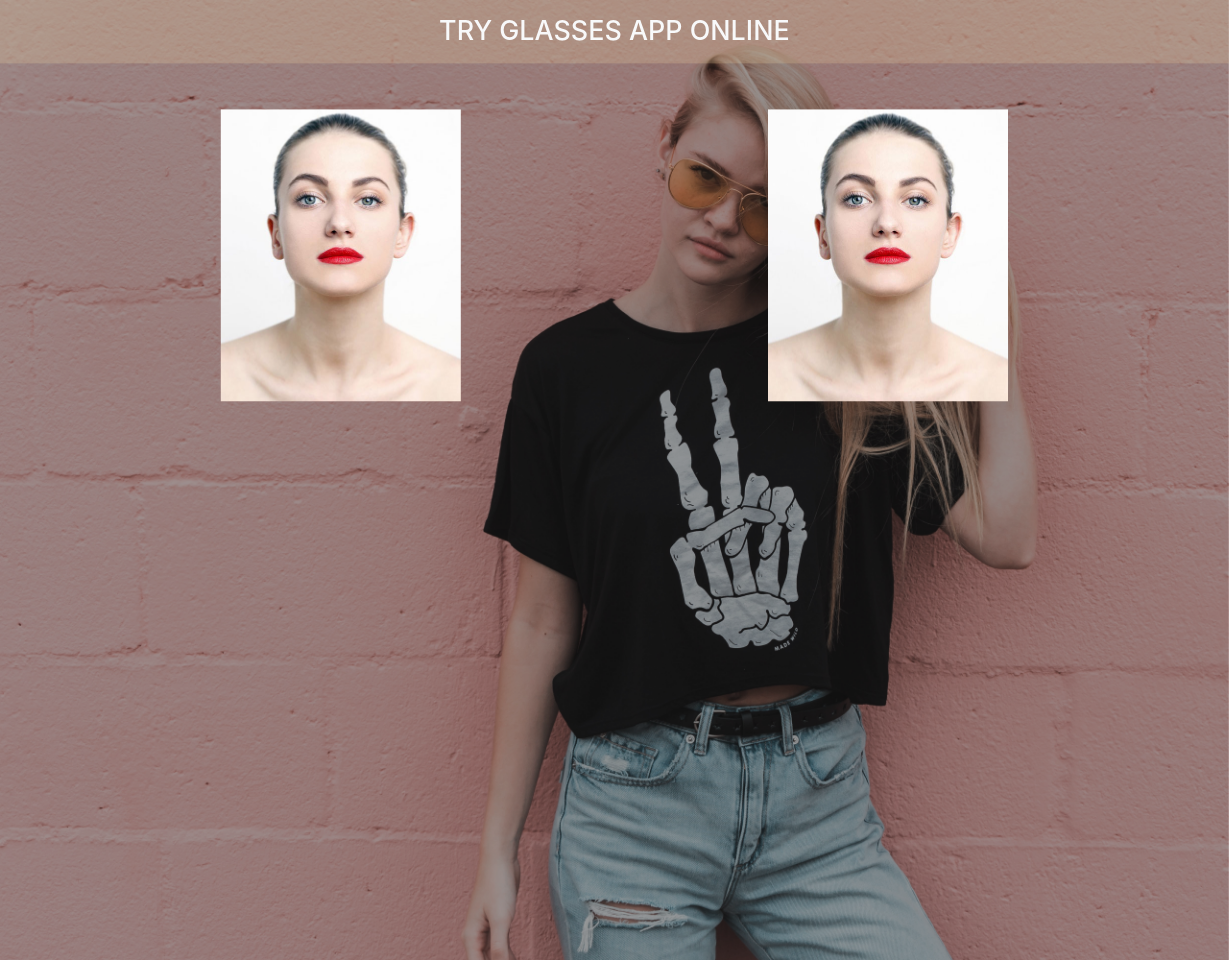
Repository: LeHieuSP/Baitapthukinh_LTH_FE70
Page: /
The author's editor kept a copy of each file at every save. The page is drawn from the files as they stood at one save, then again after the next save.
The browser window is 1280 px wide. The pictures show the whole page, at 96% of full size.
The project was rebuilt for these pictures with package versions that can differ from the ones it lists, and the page was loaded fresh each time. Also part of the build but not shown: src/index.css, src/App.css, src/redux/actions/BaiTapDatVeAction.js, src/BaiTapRedux/BaiTapBookingTicket/ThongTinDatGhe.js, src/BaiTapRedux/BaiTapBookingTicket/HangGhe.js, src/BaiTapRedux/BaiTapBookingTicket/BaiTapBookingTicket.js.

Above is the page before, as saved 2022-03-09 16:56:39.

### public/index.html
<!DOCTYPE html>
<html lang="en">
  <head>
    <meta charset="utf-8" />
    <link rel="icon" href="%PUBLIC_URL%/favicon.ico" />
    <meta name="viewport" content="width=device-width, initial-scale=1" />
    <meta name="theme-color" content="#000000" />
    <meta
      name="description"
      content="Web site created using create-react-app"
    />
    <link rel="apple-touch-icon" href="%PUBLIC_URL%/logo192.png" />
    <!--
      manifest.json provides metadata used when your web app is installed on a
      user's mobile device or desktop. See https://developers.google.com/web/fundamentals/web-app-manifest/
    -->
    <link rel="manifest" href="%PUBLIC_URL%/manifest.json" />
    <!--
      Notice the use of %PUBLIC_URL% in the tags above.
      It will be replaced with the URL of the `public` folder during the build.
      Only files inside the `public` folder can be referenced from the HTML.

      Unlike "/favicon.ico" or "favicon.ico", "%PUBLIC_URL%/favicon.ico" will
      work correctly both with client-side routing and a non-root public URL.
      Learn how to configure a non-root public URL by running `npm run build`.
    -->
    <link rel="stylesheet" href="https://stackpath.bootstrapcdn.com/bootstrap/4.3.1/css/bootstrap.min.css" integrity="sha384-ggOyR0iXCbMQv3Xipma34MD+dH/1fQ784/j6cY/iJTQUOhcWr7x9JvoRxT2MZw1T" crossorigin="anonymous">

    <title>React App</title>
  </head>
  <body>
    <noscript>You need to enable JavaScript to run this app.</noscript>
    <div id="root"></div>
    <!--
      This HTML file is a template.
      If you open it directly in the browser, you will see an empty page.

      You can add webfonts, meta tags, or analytics to this file.
      The build step will place the bundled scripts into the <body> tag.

      To begin the development, run `npm start` or `yarn start`.
      To create a production bundle, use `npm run build` or `yarn build`.
    -->
    <script src="https://code.jquery.com/jquery-3.3.1.slim.min.js" integrity="sha384-q8i/X+965DzO0rT7abK41JStQIAqVgRVzpbzo5smXKp4YfRvH+8abtTE1Pi6jizo" crossorigin="anonymous"></script>
    <script src="https://cdnjs.cloudflare.com/ajax/libs/popper.js/1.14.7/umd/popper.min.js" integrity="sha384-UO2eT0CpHqdSJQ6hJty5KVphtPhzWj9WO1clHTMGa3JDZwrnQq4sF86dIHNDz0W1" crossorigin="anonymous"></script>
    <script src="https://stackpath.bootstrapcdn.com/bootstrap/4.3.1/js/bootstrap.min.js" integrity="sha384-JjSmVgyd0p3pXB1rRibZUAYoIIy6OrQ6VrjIEaFf/nJGzIxFDsf4x0xIM+B07jRM" crossorigin="anonymous"></script>




  </body>
</html>

### src/index.js
import React from 'react';
import ReactDOM from 'react-dom';
import './index.css';
import App from './App';
import reportWebVitals from './reportWebVitals';

import {Provider} from 'react-redux';
import {createStore} from 'redux';
import {rootReducer} from './redux/reducer/rootReducer';

const store = createStore(rootReducer);

ReactDOM.render(
  <Provider store={store}>

    <App />

  </Provider>,
  document.getElementById('root')
);

// If you want to start measuring performance in your app, pass a function
// to log results (for example: reportWebVitals(console.log))
// or send to an analytics endpoint. Learn more: https://bit.ly/CRA-vitals
reportWebVitals();

### src/App.js

import { Component } from 'react';
import './App.css';
import BaiTapBookingTicket from './BaiTapRedux/BaiTapBookingTicket/BaiTapBookingTicket';
import BaiTapThuKinh from './BaiTapThuKinh/BaiTapThuKinh';

export default class App extends Component {
  render() {
    return (
      <div>
        {/* <BaiTapBookingTicket /> */}
        <BaiTapThuKinh />
      </div>
    )
  }
}

### src/redux/reducer/rootReducer.js
import { combineReducers } from "redux";

//import (combineReducers)
import BaiTapDatVeReducer from './BaiTapDatVeReducer';
export const rootReducer = combineReducers ({
     BaiTapDatVeReducer, // state bài tập đặt vé
})


//export default rootReducer ;

### src/BaiTapThuKinh/BaiTapThuKinh.js
import React, { Component } from "react";

export default class BaiTapThuKinh extends Component {
  render() {
    return (
      <div
        style={{
          backgroundImage: "url(./glassesImage/bg.jpg)",
          backgroundRepeat: "no-repeat",
          backgroundSize: "1500px",
          height: "1000px",
        }}
      >
        <div style={{ backgroundColor: "rgba(0,0,0,.3)", height: "1000px" }}>
          <h3
            style={{ backgroundColor: "rgba(252	,224,166,.2)" }}
            className="text-center text-light p-3"
          >
            TRY GLASSES APP ONLINE
          </h3>
          <div className="container">
            <div className="row mt-5 text-center">
              <div className="col-6">
                <img
                  style={{ width: "250px" }}
                  src="./glassesImage/model.jpg"
                  alt="model.jpg"
                />
              </div>
              <div className="col-6">
                <img
                  style={{ width: "250px" }}
                  src="./glassesImage/model.jpg"
                  alt="model.jpg"
                />
              </div>
            </div>
          </div>
        </div>
      </div>
    );
  }
}

### src/redux/reducer/BaiTapDatVeReducer.js
import { DAT_GHE, HUY_GHE } from "../types/BaiTapDatVeType";

const stateDefault = {
  danhSachGheDangDat: [

  ],
};

const BaiTapDatVeReducer = (state = stateDefault, action) => {
  switch (action.type) {
    case DAT_GHE: {
      let danhSachGheDangDatUpdate = [...state.danhSachGheDangDat];
      let index = danhSachGheDangDatUpdate.findIndex(
        (gheDangDat) => gheDangDat.soGhe === action.ghe.soGhe
      );
      if (index !== -1) {//khi người dùng click ghế đang đặt đã có trong mảng => remove đi
        danhSachGheDangDatUpdate.splice(index, 1);
      } else {//khi người dùng click ghế đang đặt chưa có trong mảng => push vào
          danhSachGheDangDatUpdate.push(action.ghe)
      }
      // cập nhật lại state => giao diện render lại
      state.danhSachGheDangDat = danhSachGheDangDatUpdate;

      return { ...state };
    }
    case HUY_GHE : {
      let danhSachGheDangDatUpdate = [...state.danhSachGheDangDat];
      let index = danhSachGheDangDatUpdate.findIndex(
        (gheDangDat) => gheDangDat.soGhe === action.soGhe
      );
      if (index !== -1) {//khi người dùng click ghế đang đặt đã có trong mảng => remove đi
        danhSachGheDangDatUpdate.splice(index, 1);
      }
      state.danhSachGheDangDat = danhSachGheDangDatUpdate;
      return {...state};
    }
    default:
      return { ...state };
  }
};

export default BaiTapDatVeReducer;

### src/BaiTapRedux/BaiTapBookingTicket/BaiTapBookingTicket.css
@font-face {
  font-family: "fontGame";
  src: url("/src/./font/Pony.ttf");
}

.bookingMovie {
  font-family: "fontGame";
}

.ghe {
  border: 3px solid orange;
  width: 45px;
  height: 35px;
  font-size: 12px;
  margin-left: 2%;
  margin-bottom: 1%;
  border-radius: 5px;
}

.rowNumber {
  /* font-size: 25px; */
  width: 45px;
  height: 35px;
  background: none;
  border: none;
  margin-left: 2%;
  margin-bottom: 1%;
  font-size: 30px;
  color: yellow;
}
.firstChar {
  color: yellow;
  font-size: 35px;
  margin-right: 15px;
}

.screen {
  border-bottom: 50px solid rgb(255, 159, 95);
  border-left: 50px solid transparent;
  border-right: 50px solid transparent;
  height: 100;
  width: 80%;
  filter: drop-shadow(4px 30px 20px rgba(255, 255, 255, 0.5));
  font-size: 25px;
  color: #fff;
}

.gheDuocChon {
  border: 3px solid orange;

  background: orange;
  color: #000;

  cursor: no-drop !important;
  border-radius: 5px;
  width: 45px;
  height: 35px;
}

.gheDangChon {
  background: rgb(109, 238, 109);
  border: 3px solid rgb(109, 238, 109);
  color: #000;

  cursor: pointer;
  border-radius: 5px;
  width: 45px;
  height: 35px;
}

### src/redux/types/BaiTapDatVeType.js
export const DAT_GHE = 'DAT_GHE';
export const HUY_GHE = 'HUY_GHE';

Loaded but not shown: src/reportWebVitals.js (common file)

After the next save:
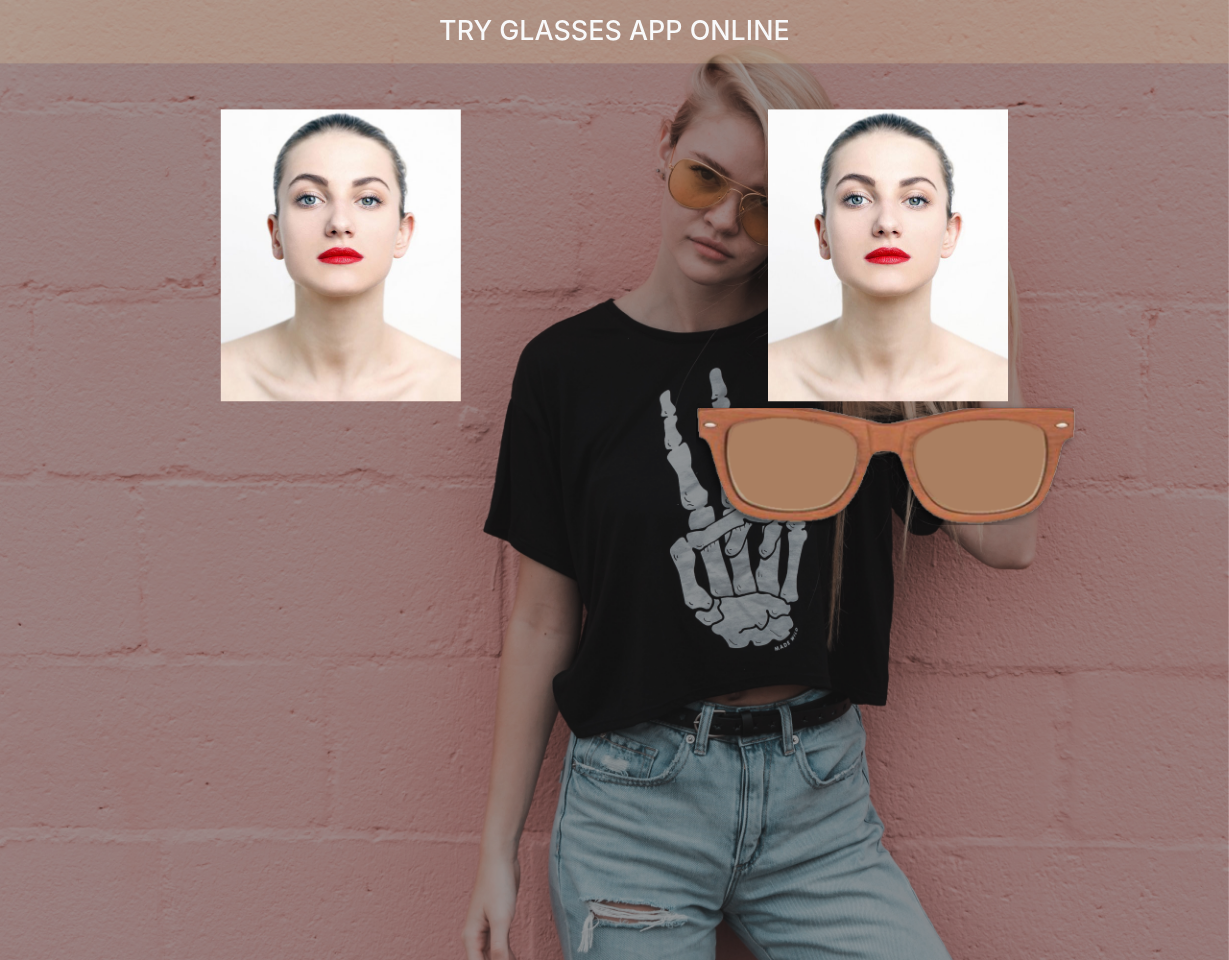
Saved 2 min 36 s later.
--- a/src/BaiTapThuKinh/BaiTapThuKinh.js
+++ b/src/BaiTapThuKinh/BaiTapThuKinh.js
@@ -33,6 +33,7 @@
                   src="./glassesImage/model.jpg"
                   alt="model.jpg"
                 />
+                <img src="./glassesImage/v1.png" />
               </div>
             </div>
           </div>
